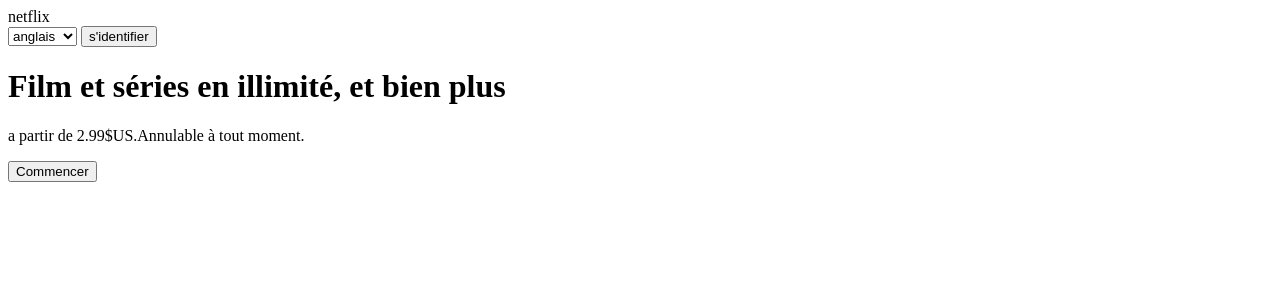
Repository: romaric-creator/Netflix-first
Page: index.html
These files come from the project's save history. The page is drawn as it stood at one moment and after the next save; the edit follows.
The browser window is 1280 px wide. The pictures show the whole page.

Above is the page before, as saved 2025-07-11 14:11:30.

After the next save:
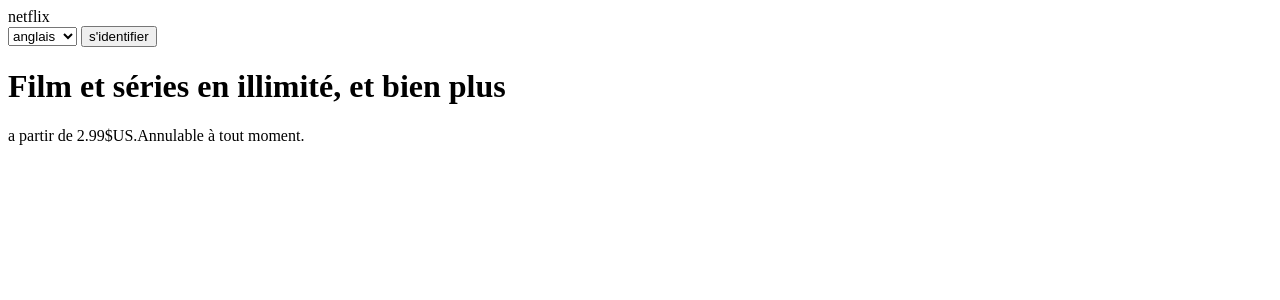
Saved 8 s later.
--- a/index.html
+++ b/index.html
@@ -20,7 +20,6 @@
         <main>
             <h1>Film et séries en illimité, et bien plus </h1>
             <p>a partir de 2.99$US.Annulable à tout moment.</p>
-            <button>Commencer</button>
         </main>
     </div>
 </body>
